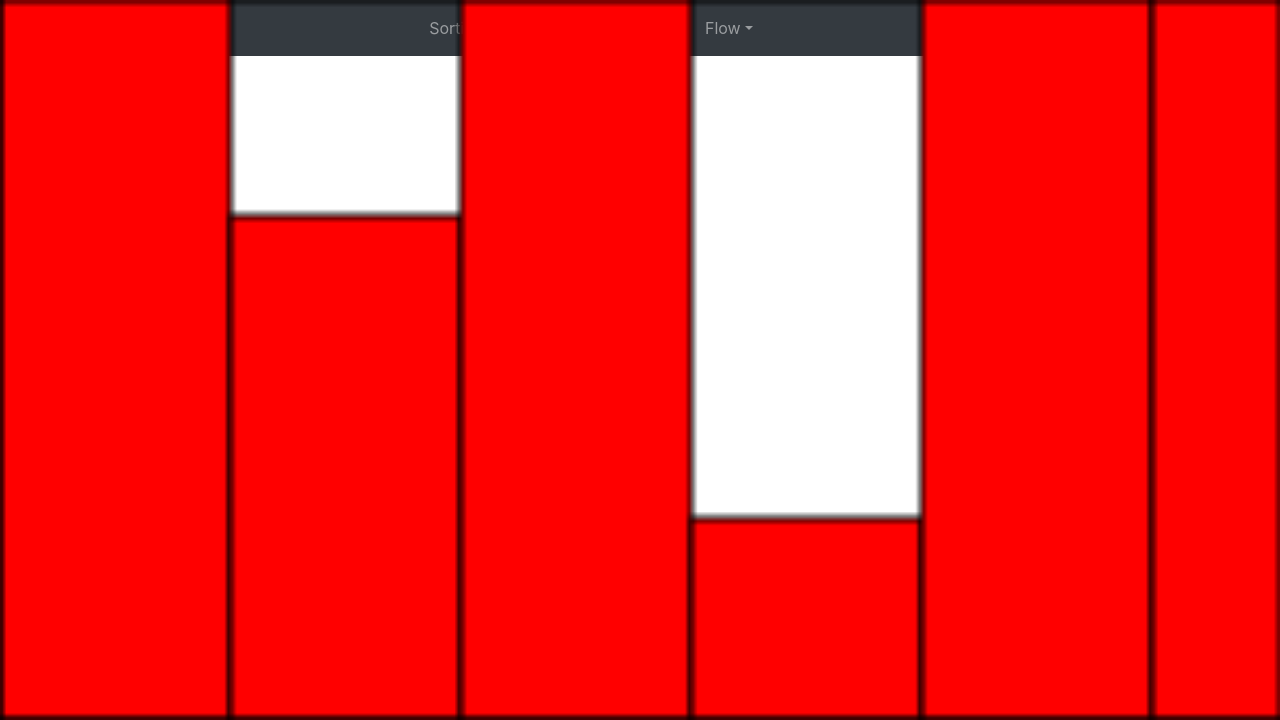
Repository: dkasima1/Algorithm-Visualizations
Page: /Sorting/Bubble_Sort
These files come from the project's save history. The page is drawn as it stood at one moment and after the next save; the edit follows.
The browser window is 1280 px wide. The pictures show the whole page.
The project was rebuilt for these pictures with package versions that can differ from the ones it lists, and the page was loaded fresh each time.

Above is the page before, as saved 2020-06-29 23:41:04.

### src/App.js
import React from 'react';
import { BrowserRouter as Router, Route, Switch } from 'react-router-dom';
import NavigationBar from './components/NavigationBar'
import 'bootstrap/dist/css/bootstrap.min.css';
import Bubble_Sort from "./components/Sorting/Bubble_Sort"
import BarGraph from "./components/Graph/BarGraph"

function App() {
  return (
    <React.Fragment>
      <Router>
        <NavigationBar />
        <BarGraph />
        <Switch>
          <Route path="/Sorting/Bubble_Sort" component={ Bubble_Sort } />
        </Switch>
      </Router>
    </React.Fragment>
  );
}

export default App;

### src/components/NavigationBar.js
import React from 'react';
import { Navbar, Nav, NavDropdown} from 'react-bootstrap';
import { Link } from 'react-router-dom'

function NavigationBar() {
    return (
        <div>
            <Navbar collapseOnSelect expand="lg" bg="dark" variant="dark">
                <Navbar.Brand href="#home">Algorithms</Navbar.Brand>
                <Navbar.Toggle aria-controls="responsive-navbar-nav" />
                <Navbar.Collapse id="responsive-navbar-nav">
                    <Nav className="m-auto">
                    <NavDropdown title="Sorting" id="collasible-nav-dropdown">
                        <NavDropdown.Item as={Link} to="/Sorting/Bubble_Sort">Bubble Sort</NavDropdown.Item>
                        <NavDropdown.Item  as={Link} to="/Sorting/Selection_Sort">Selection Sort</NavDropdown.Item>
                        <NavDropdown.Item  as={Link} to="/Sorting/Insertion_Sort">Insertion Sort</NavDropdown.Item>
                        <NavDropdown.Divider />
                        <NavDropdown.Item  as={Link} to="/Sorting/Merge_Sort">Merge Sort</NavDropdown.Item>
                        <NavDropdown.Item  as={Link} to="/Quick_Sort">Quick Sort</NavDropdown.Item>
                    </NavDropdown>
                    <NavDropdown title="MST" id="collasible-nav-dropdown">
                        <NavDropdown.Item  as={Link} to="/MST/Prims">Prim's Algorithm</NavDropdown.Item>
                        <NavDropdown.Item  as={Link} to="/MST/Kruskals">Kruskal's Algorithm</NavDropdown.Item>
                    </NavDropdown>
                    <NavDropdown title="Shortest Path" id="collasible-nav-dropdown">
                        <NavDropdown.Item  as={Link} to="/Shortest_Path/Dijkstra's">Dijkstra's</NavDropdown.Item>
                    </NavDropdown>
                    <NavDropdown title="Flow" id="collasible-nav-dropdown">
                        <NavDropdown.Item  as={Link} to="/Flow/Ford_Fulkurson">Ford Fulkurson</NavDropdown.Item>
                    </NavDropdown>
                    </Nav>
                    <Nav>
                    <Nav.Link href="#deets">More deets</Nav.Link>
                    <Nav.Link eventKey={2} href="#memes">
                        Dank memes
                    </Nav.Link>
                    </Nav>
                </Navbar.Collapse>
            </Navbar>
        </div>
    )
}

export default NavigationBar;

### src/components/Sorting/Bubble_Sort.js
import React from 'react';

const Bubble_sort = (props) => (<div>Bubble Sort</div>)

export default Bubble_sort;

### src/components/Graph/BarGraph.js
import React from "react";
import './BarGraph.css';

// https://philna.sh/blog/2018/09/27/techniques-for-animating-on-the-canvas-in-react/#:~:text=To%20get%20a%20ref%20to,to%20the%20ref%20you%20created.&text=Now%20you%20have%20the%20context,and%20animate%20all%20you%20like.

class Canvas extends React.Component {

    constructor(props) {
        super(props);
        this.canvasRef = React.createRef();
    }

    componentDidMount() {

        // Generate an array of random numbers.
        let arr = []
        while (arr.length < 20) {
            var num = Math.floor(Math.random() * 100 + 1);
            if (arr.indexOf(num) === -1) {
                arr.push(num)
            }
        }

        // Generate bars of bargraph
        const canvas = this.canvasRef.current;
        let ctx = canvas.getContext("2d");

        let width = 54;
        let posX = 0;

        ctx.fillStyle = "red";
        ctx.strokeStyle ="black"

        for (let i = 0; i < arr.length; i++) {
            let height = arr[i] * (canvas.width/100);
            ctx.fillRect(posX, canvas.height - height, width, height);
            ctx.strokeRect(posX, canvas.height - height, width, height);
            posX += 54;
        }

        // Outline Canvas
        ctx.beginPath();
        ctx.rect(0, 0, canvas.width, canvas.height);
        ctx.stroke();
    }
    render() {
        return (
            <div>
                <canvas ref={this.canvasRef}/>
            </div>
        )
    }

    // draw() {

    // }
}

export default Canvas;

### src/components/Graph/BarGraph.css
canvas {
    padding: 0;
    margin: auto;
    display: block;
    width: 1280px;
    height: 720px;
    position: absolute;
    top: 0;
    bottom: 0;
    left: 0;
    right: 0;
}

Loaded but not shown: public/index.html (common file); src/index.js (common file); src/index.css (common file); src/serviceWorker.js (common file)

After the next save:
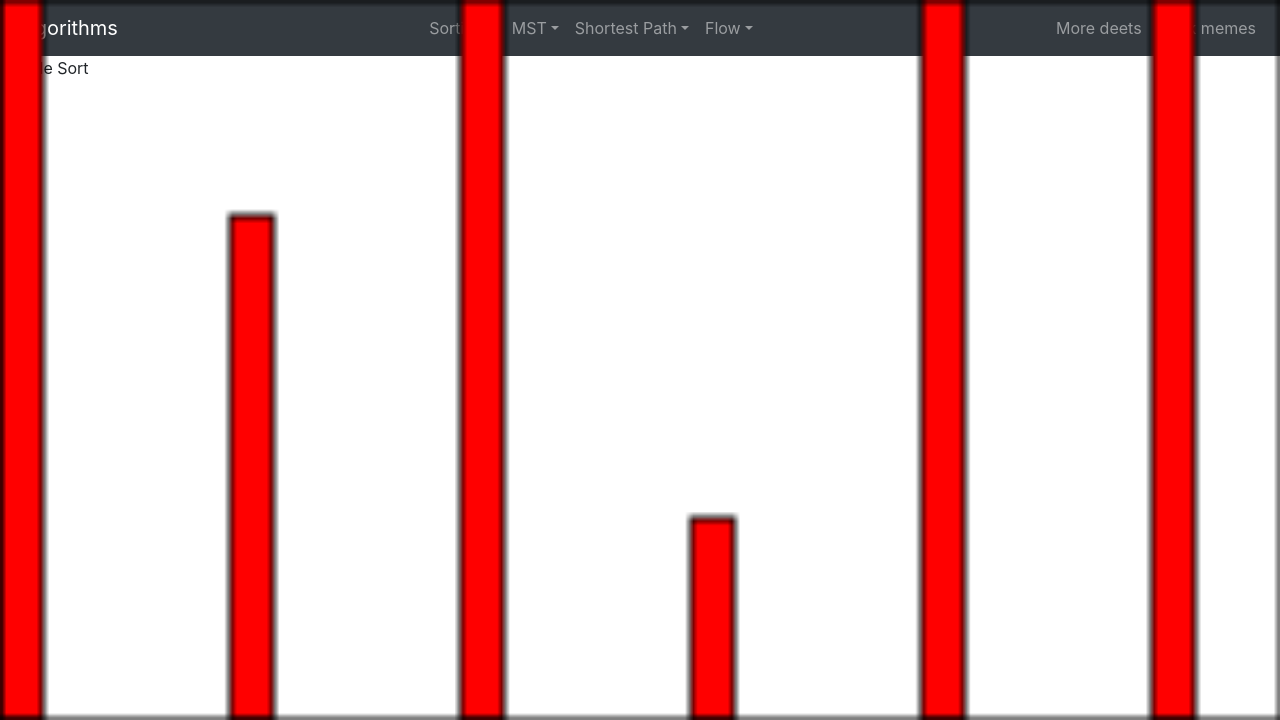
Saved 35 s later.
--- a/src/components/Graph/BarGraph.js
+++ b/src/components/Graph/BarGraph.js
@@ -25,7 +25,7 @@
         const canvas = this.canvasRef.current;
         let ctx = canvas.getContext("2d");
 
-        let width = 54;
+        let width = 10;
         let posX = 0;
 
         ctx.fillStyle = "red";

After the save that followed:
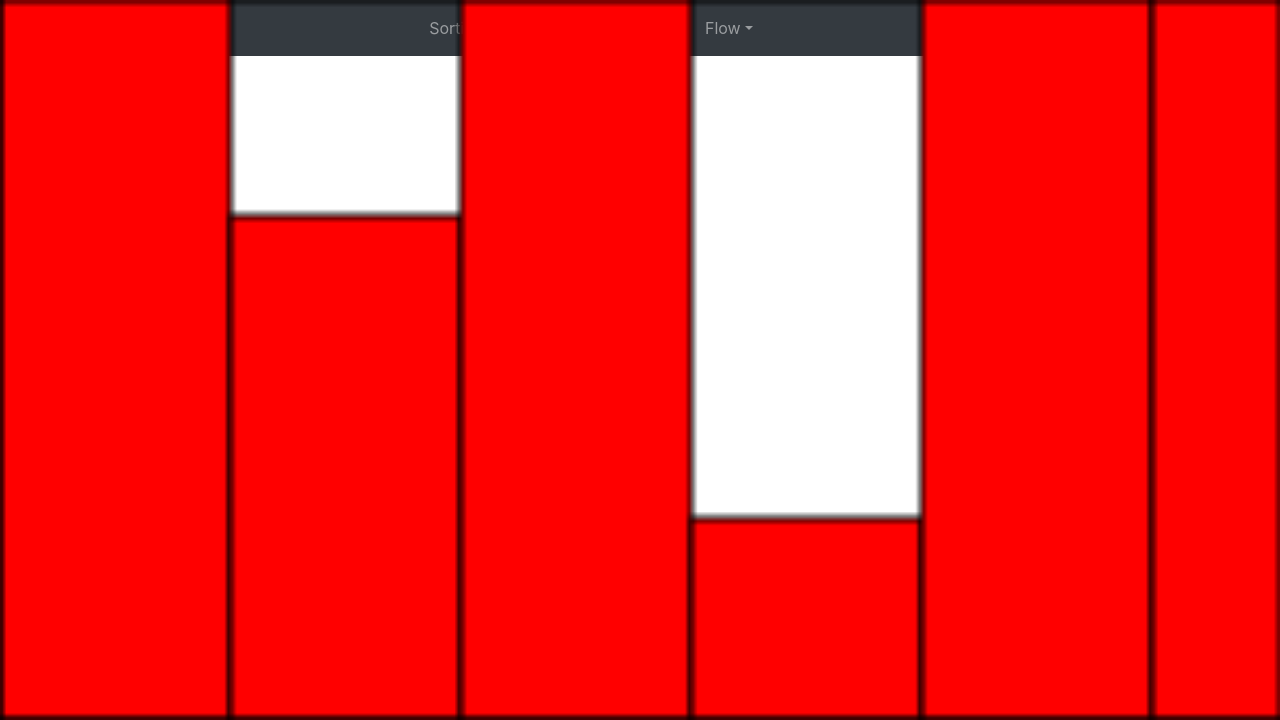
Saved 20 s later.
--- a/src/components/Graph/BarGraph.js
+++ b/src/components/Graph/BarGraph.js
@@ -25,7 +25,7 @@
         const canvas = this.canvasRef.current;
         let ctx = canvas.getContext("2d");
 
-        let width = 10;
+        let width = 54;
         let posX = 0;
 
         ctx.fillStyle = "red";
